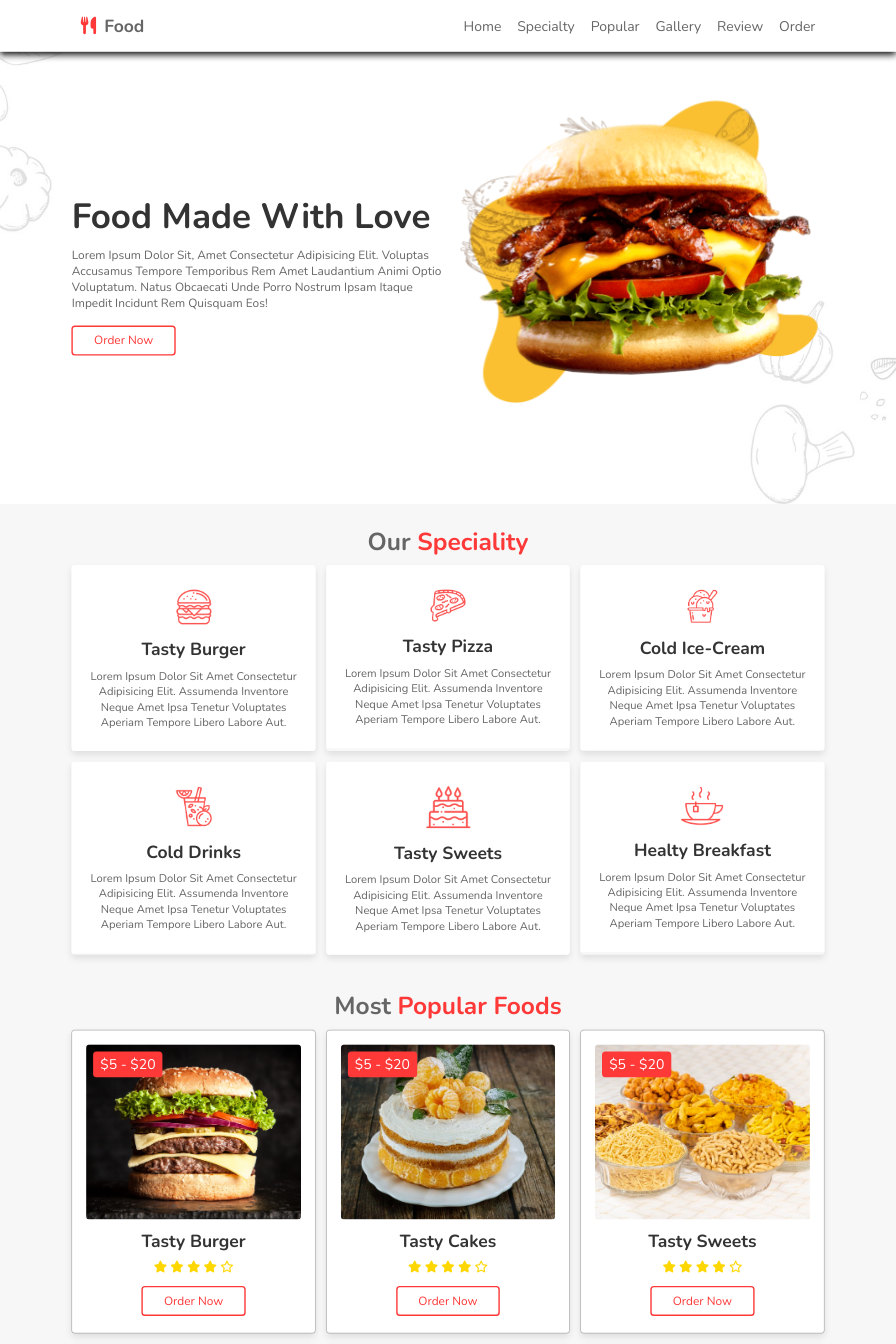
Repository: wenxi0504/ResturantApp-static-
Page: index.html
An editor plug-in stored every save of this project. The page is shown before and after the next save, followed by the edit.
The browser window is 1280 px wide. The pictures show the part of the page from y = 0 to 1920 px (the page is 2778 px tall before and 6701 px after), at 70% of full size.

Above is the page before, as saved 2022-01-10 00:33:13.
Console error: TypeError: Cannot read properties of null (reading 'classList')

### index.html
<!DOCTYPE html>
<html lang="en">
  <head>
    <meta charset="UTF-8" />
    <meta http-equiv="X-UA-Compatible" content="IE=edge" />
    <meta name="viewport" content="width=device-width, initial-scale=1.0" />
    <title>Maple Yip Seafood Restaurant</title>
    <!-- font awesome cnd link-->
    <link
      rel="stylesheet"
      href="https://cdnjs.cloudflare.com/ajax/libs/font-awesome/6.0.0-beta3/css/all.min.css"
    />
    <!--custom css link-->
    <link rel="stylesheet" href="./style.css" />
  </head>
  <body>
    <!--header section-->
    <header>
      <!-- current page-->
      <a href="#" class="logo"><i class="fas fa-utensils"></i> food </a>
      <div id="menu-bar" class="fas fa-bars"></div>
      <nav class="navbar">
        <a href="#home">Home</a>
        <a href="#speciality">Specialty</a>
        <a href="#popular">Popular</a>
        <a href="#gallery">gallery</a>
        <a href="#revire">Review</a>
        <a href="#order">Order</a>
      </nav>
    </header>
    <!-- header section ends-->
    <!--home section-->
    <section class="home" id="home">
      <div class="content">
        <h3>food made with love</h3>
        <p>
          Lorem ipsum dolor sit, amet consectetur adipisicing elit. Voluptas
          accusamus tempore temporibus rem amet laudantium animi optio
          voluptatum. Natus obcaecati unde porro nostrum ipsam itaque impedit
          incidunt rem quisquam eos!
        </p>
        <a href="#" class="btn">order now</a>
      </div>
      <div class="image">
        <img src="images/home-img.png" alt="home-img" />
      </div>
    </section>
    <!--home section ends-->

<!--Specialty section -->
<section class="speciality" id="speciality">
    <h1 class="heading">Our <span>Speciality</span></h1>
    <div class="box-container">
        <div class="box">
            <img class="image" src="images/s-img-1.jpg" alt="s-image">
            <div class="content">
                <img src="images/s-1.png" alt="s-1">
                <h3>tasty burger</h3>
                <p>Lorem ipsum dolor sit amet consectetur adipisicing elit. Assumenda inventore neque amet ipsa tenetur voluptates aperiam tempore libero labore aut.</p>
            </div>
        </div>
        <div class="box">
            <img class="image" src="images/s-img-2.jpg" alt="">
            <div class="content">
                <img src="images/s-2.png" alt="">
                <h3>tasty pizza</h3>
                <p>Lorem ipsum dolor sit amet consectetur adipisicing elit. Assumenda inventore neque amet ipsa tenetur voluptates aperiam tempore libero labore aut.</p>
            </div>
        </div>
        <div class="box">
            <img class="image" src="images/s-img-3.jpg" alt="">
            <div class="content">
                <img src="images/s-3.png" alt="">
                <h3>cold ice-cream</h3>
                <p>Lorem ipsum dolor sit amet consectetur adipisicing elit. Assumenda inventore neque amet ipsa tenetur voluptates aperiam tempore libero labore aut.</p>
            </div>
        </div>
        <div class="box">
            <img class="image" src="images/s-img-4.jpg" alt="">
            <div class="content">
                <img src="images/s-4.png" alt="">
                <h3>cold drinks</h3>
                <p>Lorem ipsum dolor sit amet consectetur adipisicing elit. Assumenda inventore neque amet ipsa tenetur voluptates aperiam tempore libero labore aut.</p>
            </div>
        </div>
        <div class="box">
            <img class="image" src="images/s-img-5.jpg" alt="">
            <div class="content">
                <img src="images/s-5.png" alt="">
                <h3>tasty sweets</h3>
                <p>Lorem ipsum dolor sit amet consectetur adipisicing elit. Assumenda inventore neque amet ipsa tenetur voluptates aperiam tempore libero labore aut.</p>
            </div>
        </div>
        <div class="box">
            <img class="image" src="images/s-img-6.jpg" alt="">
            <div class="content">
                <img src="images/s-6.png" alt="">
                <h3>healty breakfast</h3>
                <p>Lorem ipsum dolor sit amet consectetur adipisicing elit. Assumenda inventore neque amet ipsa tenetur voluptates aperiam tempore libero labore aut.</p>
            </div>
        </div>
    </div>
</section>
<!--Specialty section ends-->
<!--popular section-->
<section class="popular" id="popular">
    <h1 class="heading">most <span>popular foods</span></h1>
<div class="box-container">
    <div class="box">
        <span class="price"> $5 - $20 </span>
        <img src="images/p-1.jpg" alt="">
        <h3>tasty burger</h3>
        <div class="stars">
            <i class="fas fa-star"></i>
            <i class="fas fa-star"></i>
            <i class="fas fa-star"></i>
            <i class="fas fa-star"></i>
            <i class="far fa-star"></i>
        </div>
        <a href="#" class="btn">order now</a>
    </div>
    <div class="box">
        <span class="price"> $5 - $20 </span>
        <img src="images/p-2.jpg" alt="">
        <h3>tasty cakes</h3>
        <div class="stars">
            <i class="fas fa-star"></i>
            <i class="fas fa-star"></i>
            <i class="fas fa-star"></i>
            <i class="fas fa-star"></i>
            <i class="far fa-star"></i>
        </div>
        <a href="#" class="btn">order now</a>
    </div>
    <div class="box">
        <span class="price"> $5 - $20 </span>
        <img src="images/p-3.jpg" alt="">
        <h3>tasty sweets</h3>
        <div class="stars">
            <i class="fas fa-star"></i>
            <i class="fas fa-star"></i>
            <i class="fas fa-star"></i>
            <i class="fas fa-star"></i>
            <i class="far fa-star"></i>
        </div>
        <a href="#" class="btn">order now</a>
    </div>
    <div class="box">
        <span class="price"> $5 - $20 </span>
        <img src="images/p-4.jpg" alt="">
        <h3>tasty cupcakes</h3>
        <div class="stars">
            <i class="fas fa-star"></i>
            <i class="fas fa-star"></i>
            <i class="fas fa-star"></i>
            <i class="fas fa-star"></i>
            <i class="far fa-star"></i>
        </div>
        <a href="#" class="btn">order now</a>
    </div>
    <div class="box">
        <span class="price"> $5 - $20 </span>
        <img src="images/p-5.jpg" alt="">
        <h3>cold drinks</h3>
        <div class="stars">
            <i class="fas fa-star"></i>
            <i class="fas fa-star"></i>
            <i class="fas fa-star"></i>
            <i class="fas fa-star"></i>
            <i class="far fa-star"></i>
        </div>
        <a href="#" class="btn">order now</a>
    </div>
    <div class="box">
        <span class="price"> $5 - $20 </span>
        <img src="images/p-6.jpg" alt="">
        <h3>cold ice-cream</h3>
        <div class="stars">
            <i class="fas fa-star"></i>
            <i class="fas fa-star"></i>
            <i class="fas fa-star"></i>
            <i class="fas fa-star"></i>
            <i class="far fa-star"></i>
        </div>
        <a href="#" class="btn">order now</a>
    </div>
</div>
</section>
<!--popular section ends-->
<!--steps section-->
<div class="step-container">

    <h1 class="heading">how it <span>works</span></h1>

    <section class="steps">

        <div class="box">
            <img src="images/step-1.jpg" alt="">
            <h3>choose your favorite food</h3>
        </div>
        <div class="box">
            <img src="images/step-2.jpg" alt="">
            <h3>free and fast delivery</h3>
        </div>
        <div class="box">
            <img src="images/step-3.jpg" alt="">
            <h3>easy payments methods</h3>
        </div>
        <div class="box">
            <img src="images/step-4.jpg" alt="">
            <h3>and finally, enjoy your food</h3>
        </div>

    </section>

</div>
<!-- steps section ends-->
    <!--custom js file link-->
    <script src="script.js"></script>
  </body>
</html>

### style.css
@import url('https://fonts.googleapis.com/css2?family=Nunito:wght@200;300;400;600;700&display=swap');

:root{
--red:#ff3838;
}
 /* match everything */
*{
    font-family: 'Nunito', sans-serif;
    margin:0;
    padding:0;
    box-sizing:border-box;
    outline:none;
    border:none;
    text-decoration: none;
    /* text 大小写 */
    text-transform: capitalize;
    transition: all .2s linear;
}

/* the part that the user choose to highlight */
*::selection{
    background:var(--red);
    color:#fff;
  }

html{
    font-size: 62.5%;
    overflow-x: hidden;
    scroll-behavior: smooth;
    scroll-padding-top:6rem;
}

body{
    background: #f7f7f7;
}

header{
    position:fixed;
    top:0;
    left:0;
    right: 0;
    z-index:1000;
    display: flex;
    align-items: center;
    justify-content: space-between;
    background:#fff;
    padding:2rem 9%;
    box-shadow: 0 .5rem 1rem rgba(0,0,0,1);

}

header .logo{
    font-size:2.5rem;
    font-weight: bolder;
    color:#666;
}

header .logo i{
    padding-right: .5rem;
    color:var(--red);
}

header .navbar a{
    font-size: 2rem;
    margin-left: 2rem;
    color:#666;
  }

header .navbar a:hover{

    color:var(--red);
}

#menu-bar{

    font-size:3rem;
    cursor:pointer;
    color:#666;
    border:.1rem solid #666;
    border-radius: .3rem;
    padding:.5rem 1.5rem;
    display: none;
}
/* section part  */
section{
  padding: 2rem 8%;
}

.home{
  display:flex;
  flex-wrap: wrap;
  gap:1.5rem;
  min-height:100vh;
  align-items:center;
  background:url(./images/home-bg.jpg) no-repeat;
  background-size:cover;
  background-position: center;
}

.home .content{
  flex: 1 1 40rem;
  padding-top: 6.5rem;
}

.home .image{
  flex: 1 1 40rem;
}

/* image floating upside-down */
.home .image img{
  width:100%;
  padding:1rem;
  animation:float 3s linear infinite;
}

@keyframes float{
  0%, 100%{
    transform:translateY(0rem);
  }
  50%{
    transform:translateY(3rem);
  }
}

.home .content h3{
font-size: 5rem;
color:#333;
}

.home .content p{
  font-size: 1.7rem;
  color:#666;
  padding:1rem 0;
}

/* order button */
.btn{
  display: inline-block;
  padding:.8rem 3rem;
  border:.2rem solid var(--red);
  color:var(--red);
  cursor: pointer;
  font-size:1.7rem;
  border-radius:.5rem;
  position: relative;
  overflow: hidden;
  z-index: 0;
  margin-top: 1rem;
}

.btn::before{
  content: '';
  position: absolute;
  top:0; right: 0;
  width:0%;
  height:100%;
  background:var(--red);
  transition: .3s linear;
  z-index: -1;
}

.btn:hover::before{
  width:100%;
  left:0;
}

.btn:hover{
  color:#fff;
}

/* Speciality */
/* Our Speciality */
.heading{
  text-align:center;
  font-size:3.5rem;
  padding:1rem;
  color:#666
}

.heading span{
  color:var(--red);
}

/* top layout */
.speciality .box-container{
  display: flex;
  /* Make flexbox elements break when necessary */
  flex-wrap: wrap;
  gap:1.5rem;
}

.speciality .box-container .box{
  flex:1 1 30rem;
  position: relative;
  overflow: hidden;
  box-shadow: 0 .5rem 1rem rgba(0,0,0,.1);
  cursor: pointer;
  border-radius:.5rem;

}

.speciality .box-container .box .image{
  height: 100%;
  width: 100%;
  object-fit: cover;
  position: absolute;
  top:-100%;
  left:0;
}

.speciality .box-container .box .content{
  text-align: center;
  background:#fff;
  padding:2rem;
}

.speciality .box-container .box .content img{
  margin:1.5rem 0;
}

.speciality .box-container .box .content h3{
  font-size: 2.5rem;
  color:#333;
}

.speciality .box-container .box .content p{
  font-size: 1.6rem;
  color:#666;
  padding:1rem 0;
}

.speciality .box-container .box:hover .image{
  top:0;
}

.speciality .box-container .box:hover .content{
  transform: translateY(100%);
}

/* popular section */
.popular .box-container{
  display: flex;
  flex-wrap: wrap;
  gap:1.5rem;
}

.popular .box-container .box{
  padding:2rem;
  background:#fff;
  box-shadow: 0 .5rem 1rem rgba(0,0,0,.1);
  border:.1rem solid rgba(0,0,0,.3);
  border-radius: .5rem;
  text-align: center;
  flex:1 1 30rem;
  position: relative;
}

.popular .box-container .box img{
  height:25rem;
  object-fit: cover;
  width:100%;
  border-radius: .5rem;
}

.popular .box-container .box .price{
  position: absolute;
  top:3rem; left:3rem;
  background:var(--red);
  color:#fff;
  font-size: 2rem;
  padding:.5rem 1rem;
  border-radius: .5rem;
}

.popular .box-container .box h3{
  color:#333;
  font-size: 2.5rem;
  padding-top: 1rem;
}

.popular .box-container .box .stars i{
  color:gold;
  font-size: 1.7rem;
  padding:1rem .1rem;
}

/* order steps */
.steps{
  display: flex;
  flex-wrap: wrap;
  gap:1.5rem;
  padding:1rem;
}

.steps .box{
  flex:1 1 25rem;
  padding:1rem;
  text-align: center;
}

.steps .box img{
  border-radius: 50%;
  border:1rem solid #fff;
  box-shadow: 0 .5rem 1rem rgba(0,0,0,.1);
}

.steps .box h3{
  font-size: 3rem;
  color:#333;
  padding:1rem;
}


/* media queries for different devices */


@media(max-width:991px){

    html{
      font-size: 55%;
    }

    header{
      padding:2rem;
    }

    section{
      padding:2rem;
    }

  }

  @media(max-width:768px){

    #menu-bar{
      display: initial;
    }

    header .navbar{
      position: absolute;
      top:100%; left: 0; right:0;
      background: #f7f7f7;
      border-top: .1rem solid rgba(0,0,0,.1);
      clip-path: polygon(0 0, 100% 0, 100% 0%, 0 0);
    }

    header .navbar.active{
      clip-path: polygon(0 0, 100% 0, 100% 100%, 0% 100%);
    }

    header .navbar a{
      margin: 1.5rem;
      padding:1.5rem;
      display: block;
      border:.2rem solid rgba(0,0,0,.1);
      border-left:.5rem solid var(--red);
      background:#fff;

    }

  }


  @media(max-width:450px){

    html{
      font-size: 50%;
    }

    .order .row form .inputBox input{
      width:100%;}
    }

### script.js
let menu= document.querySelector('#menu-bar');
let navbar=document.querySelector('.navbar');

menu.onclick=()=>{
    // 'fa-time' is "X" icon
    menu.classList.toggle('fa-times');
    navbar.classList.toggle('active');
}

window.onscroll= () =>{
    menu.classList.remove('fa-times');
    navbar.classList.remove('active');

    if(window.scrollY>60)
    {
        document.querySelector('#scroll-top').classList.add('active');
    }
    else
    {   document.querySelector('#scroll-top').classList.remove('active');

    }
}

After the next save:
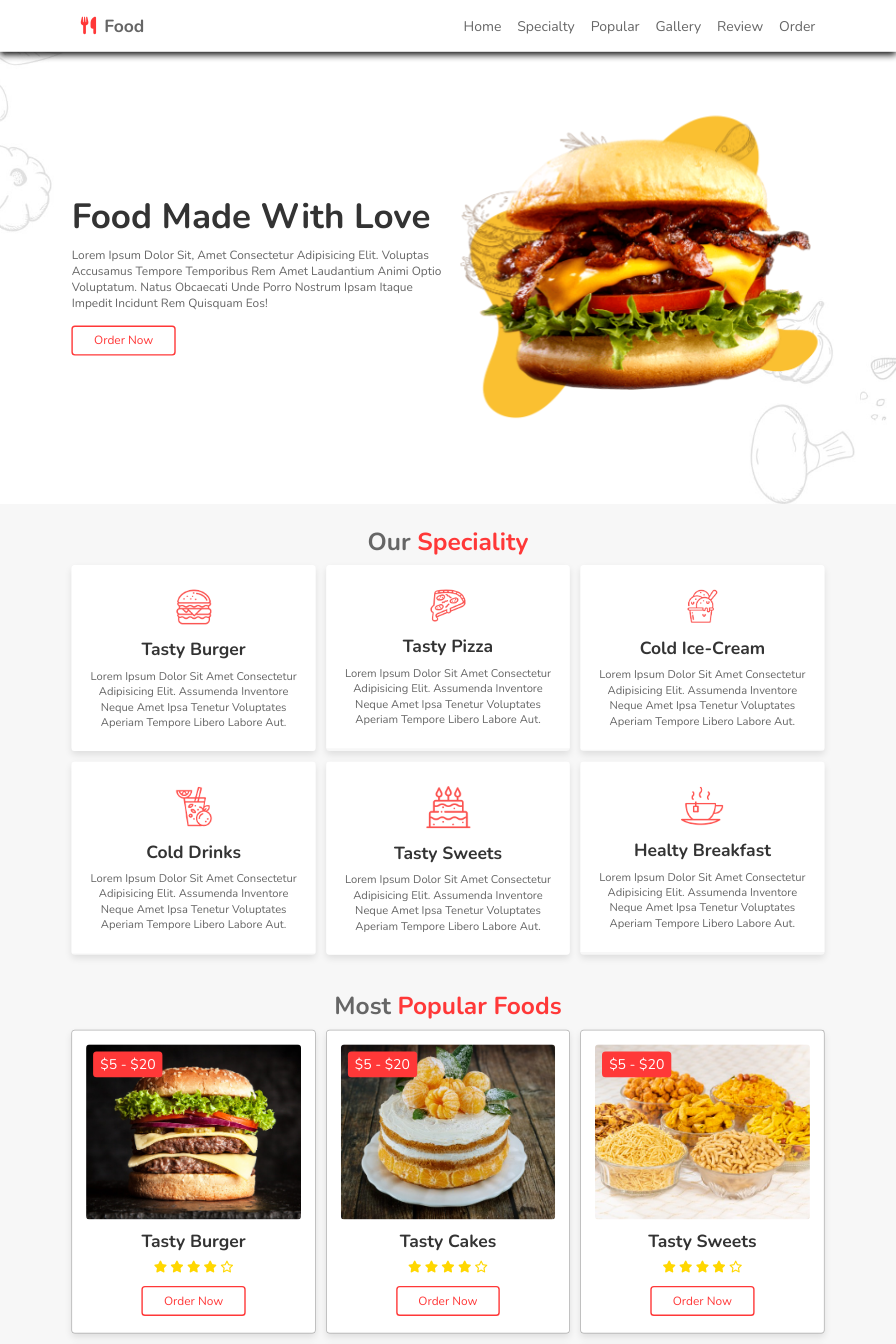
Saved 3 min 47 s later.
--- a/index.html
+++ b/index.html
@@ -215,6 +215,91 @@
 
 </div>
 <!-- steps section ends-->
+<!--gallery section-->
+<section class="gallery" id="gallery">
+
+    <h1 class="heading"> our food <span> gallery </span> </h1>
+
+    <div class="box-container">
+
+        <div class="box">
+            <img src="images/g-1.jpg" alt="">
+            <div class="content">
+                <h3>tasty food</h3>
+                <p>Lorem ipsum dolor sit, amet consectetur adipisicing elit. Deleniti, ipsum.</p>
+                <a href="#" class="btn">ordern now</a>
+            </div>
+        </div>
+        <div class="box">
+            <img src="images/g-2.jpg" alt="">
+            <div class="content">
+                <h3>tasty food</h3>
+                <p>Lorem ipsum dolor sit, amet consectetur adipisicing elit. Deleniti, ipsum.</p>
+                <a href="#" class="btn">ordern now</a>
+            </div>
+        </div>
+        <div class="box">
+            <img src="images/g-3.jpg" alt="">
+            <div class="content">
+                <h3>tasty food</h3>
+                <p>Lorem ipsum dolor sit, amet consectetur adipisicing elit. Deleniti, ipsum.</p>
+                <a href="#" class="btn">ordern now</a>
+            </div>
+        </div>
+        <div class="box">
+            <img src="images/g-4.jpg" alt="">
+            <div class="content">
+                <h3>tasty food</h3>
+                <p>Lorem ipsum dolor sit, amet consectetur adipisicing elit. Deleniti, ipsum.</p>
+                <a href="#" class="btn">ordern now</a>
+            </div>
+        </div>
+        <div class="box">
+            <img src="images/g-5.jpg" alt="">
+            <div class="content">
+                <h3>tasty food</h3>
+                <p>Lorem ipsum dolor sit, amet consectetur adipisicing elit. Deleniti, ipsum.</p>
+                <a href="#" class="btn">ordern now</a>
+            </div>
+        </div>
+        <div class="box">
+            <img src="images/g-6.jpg" alt="">
+            <div class="content">
+                <h3>tasty food</h3>
+                <p>Lorem ipsum dolor sit, amet consectetur adipisicing elit. Deleniti, ipsum.</p>
+                <a href="#" class="btn">ordern now</a>
+            </div>
+        </div>
+        <div class="box">
+            <img src="images/g-7.jpg" alt="">
+            <div class="content">
+                <h3>tasty food</h3>
+                <p>Lorem ipsum dolor sit, amet consectetur adipisicing elit. Deleniti, ipsum.</p>
+                <a href="#" class="btn">ordern now</a>
+            </div>
+        </div>
+        <div class="box">
+            <img src="images/g-8.jpg" alt="">
+            <div class="content">
+                <h3>tasty food</h3>
+                <p>Lorem ipsum dolor sit, amet consectetur adipisicing elit. Deleniti, ipsum.</p>
+                <a href="#" class="btn">ordern now</a>
+            </div>
+        </div>
+        <div class="box">
+            <img src="images/g-9.jpg" alt="">
+            <div class="content">
+                <h3>tasty food</h3>
+                <p>Lorem ipsum dolor sit, amet consectetur adipisicing elit. Deleniti, ipsum.</p>
+                <a href="#" class="btn">ordern now</a>
+            </div>
+        </div>
+
+    </div>
+
+</section>
+
+<!--gallery section ends-->
     <!--custom js file link-->
     <script src="script.js"></script>
   </body>
